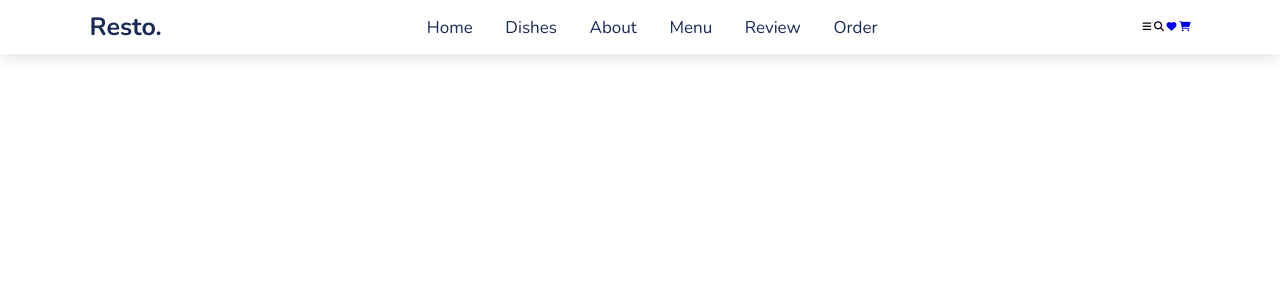
Repository: CarsonDev1/FoodWeb
Page: index.html
These files come from the project's save history. The page is drawn as it stood at one moment and after the next save; the edit follows.
The browser window is 1280 px wide. The pictures show the whole page.
Some web libraries are served in a nearby version.

Above is the page before, as saved 2022-05-18 17:51:24.

After the next save:
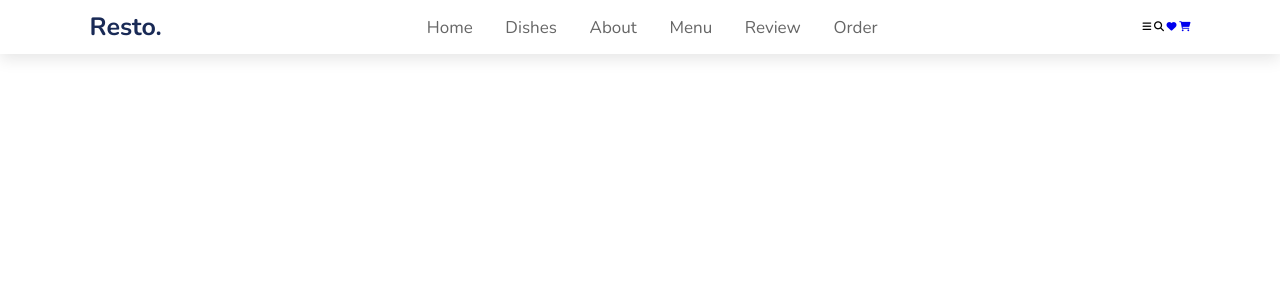
Saved 9 s later.
--- a/css/style.css
+++ b/css/style.css
@@ -46,5 +46,5 @@ header .navbar a {
   font-size: 1.7rem;
   border-radius: 0.5rem;
   padding: 0.5rem 1.5rem;
-  color: var(--black);
+  color: var(--light-color);
 }
